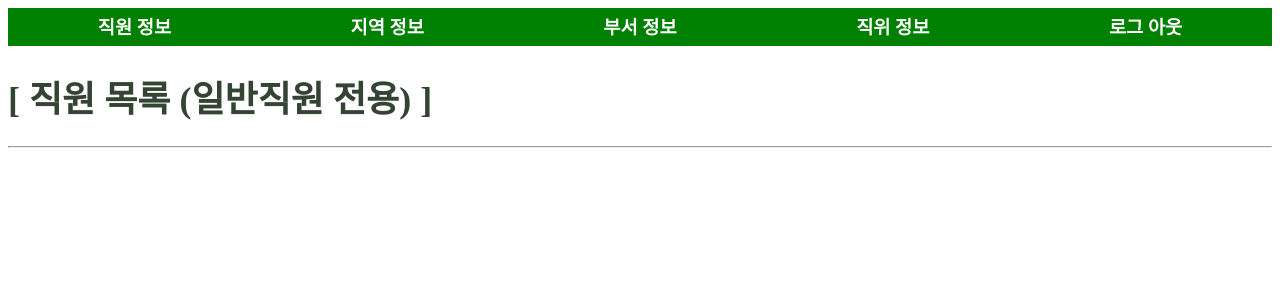
Repository: Umkimisstrong/UM_SpringMVCStudy
Page: http://localhost/mvc04/WEB-INF/view/RegList.jsp
The author's editor kept a copy of each file at every save. The page is drawn from the files as they stood at one save, then again after the next save.
The browser window is 1280 px wide. The pictures show the whole page.
The page is served by Tomcat 9. Nobody is signed in. The template is opened directly, without the code that normally fills it, so the values that code supplies are empty.

Above is the page before, as saved 2022-06-02 03:12:40.

### mvc04/WebContent/WEB-INF/view/RegList.jsp
<%@ page contentType="text/html; charset=UTF-8"%>
<%@ taglib prefix="c" uri="http://java.sun.com/jsp/jstl/core"%>
<%@ taglib prefix="fmt" uri="http://java.sun.com/jsp/jstl/fmt"%>
<%
	request.setCharacterEncoding("UTF-8");
	String cp = request.getContextPath();
%>
<!DOCTYPE html>
<html>
<head>
<meta charset="UTF-8">
<title>EmpList.jsp</title>
<link rel="stylesheet" type="text/css" href="<%=cp %>/css/menuStyle.css">
<link rel="stylesheet" type="text/css" href="<%=cp %>/css/main.css">


</head>
<body>

<!---------------------------------------------------
	EmployeeList.jsp
	- 직원 리스트 출력 페이지
	- 일반직원이 접근하는 직원 데이터 출력 페이지
	  (관리자가 접근하는 직원 데이터 출력페이지는
	   EmployeeList.jsp로 구성)
	- 입력 / 수정 / 삭제 기능 없음
 ---------------------------------------------------->


<div>
	<!-- 메뉴 영역 -->
	<div>
		<c:import url="EmployeeMenu.jsp"></c:import>
	</div>

	<!-- 콘텐츠 영역 -->
	<div id="content">
		<h1>[ 직원 목록 (일반직원 전용) ]</h1>
		<hr />

		<!-- 제거된 div -> 직원 추가 폼
		<div>
			<form action="">
				<input type="button" value="직원 추가" class="btn"
				onclick="location.href='employeeinsertform.action'"/>
				  onclick="location.href='EmployeeInsertForm.jsp'"/>

			</form>
		</div>
		-->
		<br />
		<br />
	<!-- ---------------------------------------------------
	EMPLOYEEID NAME DEPARTMENTNAME POSITIONNAME REGIONNAME GRADE
	----------------------------------------------------  -->
	<table id="customers" class="table">
	<!--
		<tr>
			<th>번호</th>
			<th>이름</th>
			<th>지역</th>
			<th>부서</th>
			<th>직위</th>
			<th>등급</th>
		</tr>
		<tr>
			<td>1</td>
			<td>김상기</td>

			<td>서울</td>
			<td>개발부</td>
			<td>사원</td>
			<td>관리자</td>
		</tr>
		<tr>
			<td>2</td>
			<td>이상기</td>
			<td>서울</td>
			<td>개발부</td>
			<td>사원</td>
			<td>관리자</td>
		</tr>
		<tr>
			<td>3</td>
			<td>박상기</td>
			<td>서울</td>
			<td>개발부</td>
			<td>사원</td>
			<td>관리자</td>
		</tr> -->


	<c:forEach	var="employee" items="${employeeList }">
	<tr>
		<td>${employee.employeeId }</td>
		<td>${employee.name }</td>
		<td>${employee.regionName }</td>
		<td>${employee.departmentName }</td>
		<td>${employee.positionName }</td>
		<td>${employee.grade==0 ? "관리자" : "일반사원" }</td>
	</tr>
	</c:forEach>


	</table>



	</div>

	<!-- 회사 소개 및 어플리케이션 소개 영역 -->
	<div id="footer">

	</div>

</div>





</body>
</html>

### mvc04/WebContent/WEB-INF/view/EmployeeMenu.jsp
<%@ page contentType="text/html; charset=UTF-8"%>
<%@ taglib prefix="c" uri="http://java.sun.com/jsp/jstl/core"%>
<%
	request.setCharacterEncoding("UTF-8");
	String cp = request.getContextPath();
%>
<!DOCTYPE html>
<html>
<head>
<meta charset="UTF-8">
<title>EmployeeMenu.jsp</title>
<link rel="stylesheet" type="text/css" href="<%=cp %>/css/menuStyle.css">
</head>
<body>

<!--------------------------------
      #13 EmployeeMenu.jsp
      - 메인 메뉴 페이지 구성
      - 로그아웃 기능 포함
 --------------------------------->
<%-- <span>${sessionScope.admin==null ? "normal" : "admin" }</span> --%>


<div id="menu">
	<ul>
		<c:choose>
			<c:when test="${sessionScope.admin==null }">
			<li>
				<a href="emplist.action" class="menu">직원 정보</a>
			</li>

			<li>
				<a href="reglist.action" class="menu">지역 정보</a>
			</li>

			<li>
				<a href="deptlist.action" class="menu">부서 정보</a>
			</li>

			<li>
				<a href="poslist.action" class="menu">직위 정보</a>
			</li>

			</c:when>
			<c:otherwise>
			<li>
				<a href="employeelist.action" class="menu">직원 관리</a>
			</li>

			<li>
				<a href="regionlist.action" class="menu">지역 관리</a>
			</li>

			<li>
				<a href="departmentlist.action" class="menu">부서 관리</a>
			</li>

			<li>
				<a href="positionlist.action" class="menu">직위 관리</a>
			</li>
			</c:otherwise>

		</c:choose>



		<li>
			<a href="logout.action" class="menu">로그 아웃</a>
		</li>
	</ul>
</div>






























</body>
</html>

### mvc04/WebContent/css/menuStyle.css
@charset "UTF-8";

/* ========================
    #14. menuStyle.css
    - 메뉴스타일 구성
======================== */

ul
{
	list-style-type: none;
	margin: 0;
	padding: 0;
	overflow: hidden;
}

li
{
	width: 20%;
	float: left;
}

a.menu:link, a.menu:visited
{
	display: block;
	font-weight: bold;
	color: #ffffff;
	background-color: #008000;
	text-align: center;
	padding: 4px;
	text-decoration: none;
	text-transform: uppercase;
	height: 30px;
	font-size: 14pt;
}

a.menu:hover, a.menu:active
{
	background-color: #ffffff;
	color: #008000;
	border: 2px solid #008000;
	border-radius: 5px;
	height: 26px;
}

### mvc04/WebContent/css/main.css
@charset "UTF-8";

/* ========================
	#16 main.css
	- 기본 스타일 지정
======================== */

body, p, div, span, input, table, th, td, select, textarea
{
	font-size: 18px;
	font-family: 맑은 고딕;
	color: #343;

}
a
{
	text-decoration: none;
	color: gray;
}

a:hover
{
	text-decoration: underline;
	color: red;

}
.table
{
	border-collapse: collapse;
	width: 100%;
}
.table th, .table td
{
	border: 1px solid gray;
	border-left: 0px;
	border-right: 0px;

	padding: 3px;
	line-height: 150%;
	text-align: center;
}


.table th
{
	font-weight: bold;
	background-color: #eee;
}

.table td
{
	font-size: 12pt;
}

.btn
{
	cursor: pointer;
	font-family: 맑은 고딕;
	font-weight: bold;
}

.btn:hover
{
	color: #ffffff;
	background-color: #008000;
}

After the next save:
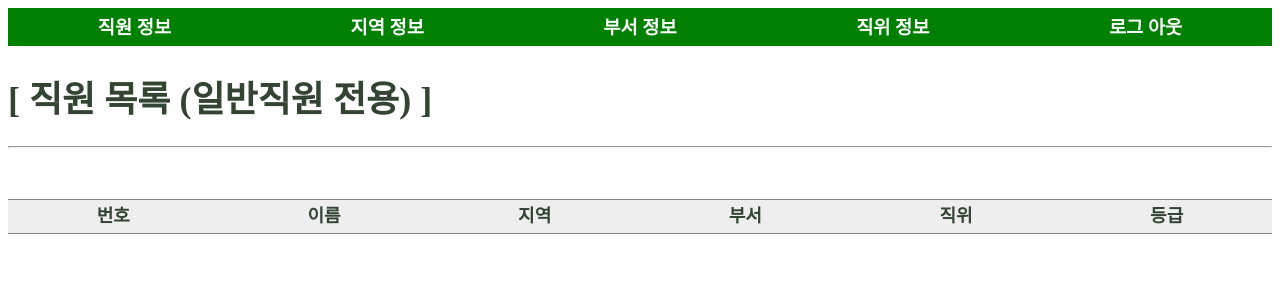
Saved 21 s later.
--- a/mvc04/WebContent/WEB-INF/view/RegList.jsp
+++ b/mvc04/WebContent/WEB-INF/view/RegList.jsp
@@ -54,7 +54,7 @@
 	EMPLOYEEID NAME DEPARTMENTNAME POSITIONNAME REGIONNAME GRADE
 	----------------------------------------------------  -->
 	<table id="customers" class="table">
-	<!--
+
 		<tr>
 			<th>번호</th>
 			<th>이름</th>
@@ -63,6 +63,7 @@
 			<th>직위</th>
 			<th>등급</th>
 		</tr>
+	<!--
 		<tr>
 			<td>1</td>
 			<td>김상기</td>
